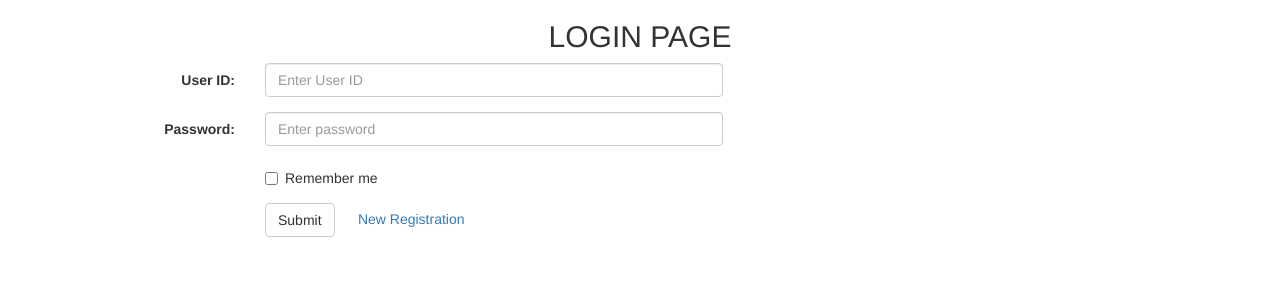
Repository: AvantiKopulwar/Task-Workspace
Page: http://localhost/AdminStudentLogin/
These files come from the project's save history. The page is drawn as it stood at one moment and after the next save; the edit follows.
The browser window is 1280 px wide. The pictures show the whole page.
The page is served by Tomcat 9. Other server files are loaded and not shown.

Above is the page before, as saved 2018-10-04 17:32:44.

### AdminStudentLogin/WebContent/index.jsp
<%@ page language="java" contentType="text/html; charset=ISO-8859-1"
pageEncoding="ISO-8859-1"%>
<html>
<head>
<title>Login Page</title>
<meta charset="utf-8">
<meta name="viewport" content="width=device-width, initial-scale=1">
<link rel="stylesheet"
	href="https://maxcdn.bootstrapcdn.com/bootstrap/3.3.7/css/bootstrap.min.css">
<script
	src="https://ajax.googleapis.com/ajax/libs/jquery/3.3.1/jquery.min.js"></script>
<script
	src="https://maxcdn.bootstrapcdn.com/bootstrap/3.3.7/js/bootstrap.min.js"></script>
</head>
<body>

	<div class="container">
		<h2 align="center"> LOGIN PAGE</h2>
		<form class="form-horizontal" action="login">
			<div class="form-group">
				<label class="control-label col-sm-2" for="uname">User ID:</label>
				<div class="col-sm-5">
					<input type="text" class="form-control" id="uname"
						placeholder="Enter User ID" name="uname">
				</div>
			</div>
			<div class="form-group">
				<label class="control-label col-sm-2" for="password">Password:</label>
				<div class="col-sm-5">
					<input type="password" class="form-control" id="password"
						placeholder="Enter password" name="password">
				</div>
			</div>
			<div class="form-group">
				<div class="col-sm-offset-2 col-sm-10">
					<div class="checkbox">
						<label><input type="checkbox" name="remember">
							Remember me</label>
					</div>
				</div>
			</div>
			<div class="form-group">
				<div class="col-sm-offset-2 col-sm-10">
					<button type="submit" class="btn btn-default">Submit</button>
					<a href="http://localhost:8020/AdminStudentLogin/register.jsp">&nbsp; &nbsp;&nbsp; New Registration</a>
				</div>
			</div>
		</form>
	</div>

</body>
</html>

After the next save:
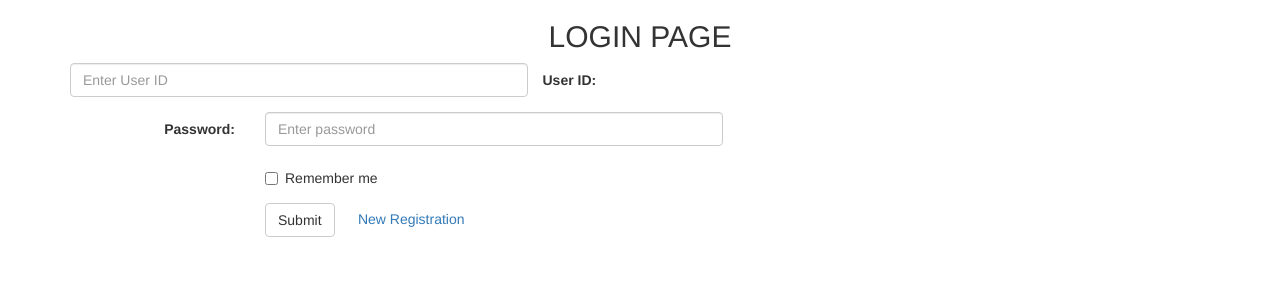
Saved 26 min 19 s later.
--- a/AdminStudentLogin/WebContent/index.jsp
+++ b/AdminStudentLogin/WebContent/index.jsp
@@ -18,7 +18,7 @@ pageEncoding="ISO-8859-1"%>
 		<h2 align="center"> LOGIN PAGE</h2>
 		<form class="form-horizontal" action="login">
 			<div class="form-group">
-				<label class="control-label col-sm-2" for="uname">User ID:</label>
+				<label class="control-label col-sm-20" for="uname">User ID:</label>
 				<div class="col-sm-5">
 					<input type="text" class="form-control" id="uname"
 						placeholder="Enter User ID" name="uname">
